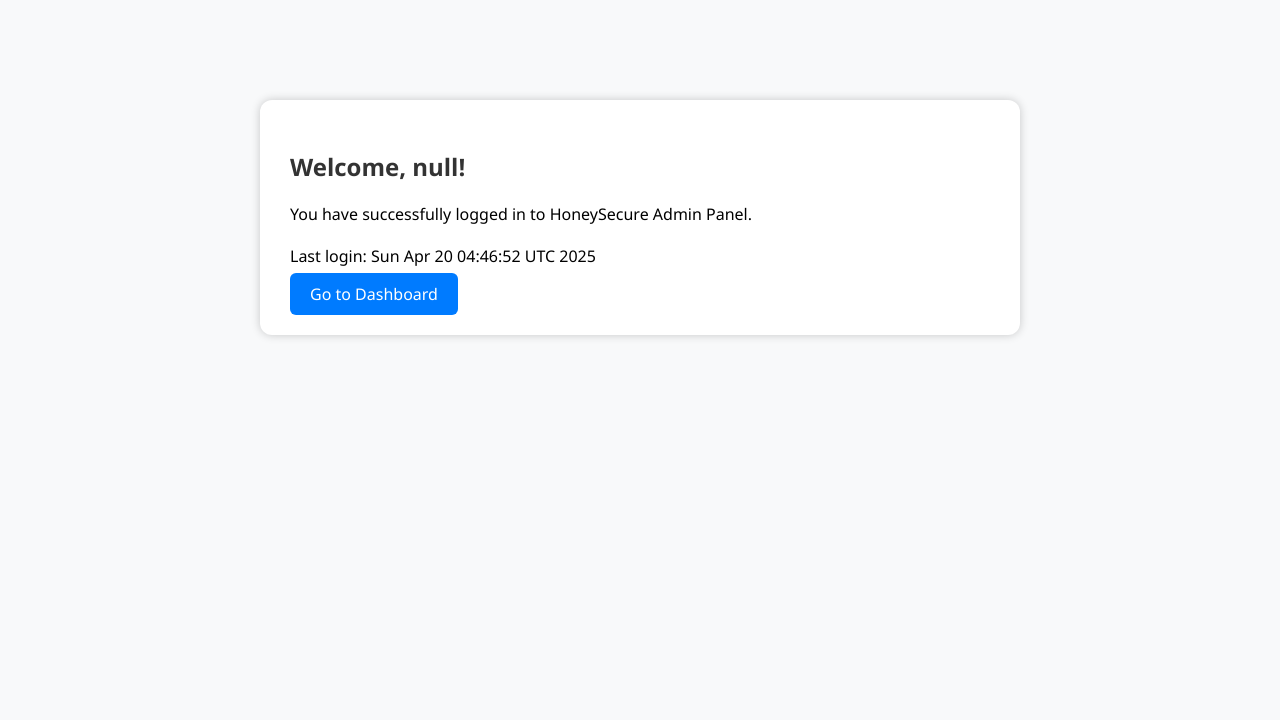
Repository: aakanksha4a/HoneySecure
Page: http://localhost/HoneySecure/welcome.jsp
The author's editor kept a copy of each file at every save. The page is drawn from the files as they stood at one save, then again after the next save.
The browser window is 1280 px wide. The pictures show the whole page.
The page is served by Tomcat 10. Other server files are loaded and not shown.

Above is the page before, as saved 2025-04-21 16:33:12.

### HoneySecure/src/main/webapp/welcome.jsp
<%@ page contentType="text/html;charset=UTF-8" %>
<%@ page import="java.util.Date" %>
<!DOCTYPE html>
<html>
<head>
    <title>Welcome | HoneySecure Dashboard</title>
    <style>
        body {
            font-family: 'Segoe UI', Tahoma, Geneva, Verdana, sans-serif;
            background-color: #f8f9fa;
        }
        .container {
            max-width: 700px;
            margin: 100px auto;
            padding: 30px;
            background: #fff;
            border-radius: 12px;
            box-shadow: 0 0 10px rgba(0,0,0,0.2);
        }
        h2 {
            color: #333;
        }
        .info {
            margin-top: 20px;
        }
        .button {
            background-color: #007bff;
            color: white;
            padding: 10px 20px;
            text-decoration: none;
            border-radius: 6px;
        }
    </style>
</head>
<body>
    <div class="container">
        <h2>Welcome, <%= session.getAttribute("username") %>!</h2>
        <p class="info">You have successfully logged in to HoneySecure Admin Panel.</p>
        <p class="info">Last login: <%= new Date() %></p>

        <a class="button" href="dashboard.jsp">Go to Dashboard</a>
    </div>
</body>
</html>

After the next save:
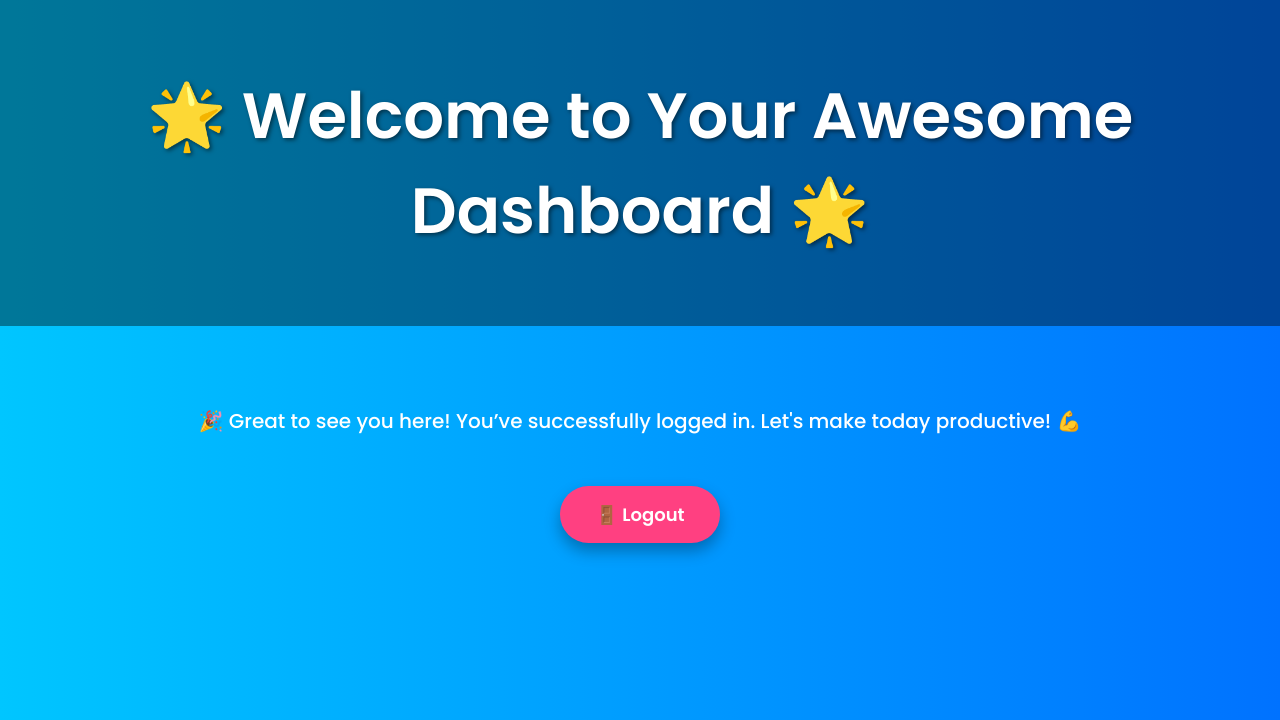
Saved 97 s later.
--- a/HoneySecure/src/main/webapp/welcome.jsp
+++ b/HoneySecure/src/main/webapp/welcome.jsp
@@ -1,44 +1,74 @@
-<%@ page contentType="text/html;charset=UTF-8" %>
-<%@ page import="java.util.Date" %>
-<!DOCTYPE html>
-<html>
+<%@ page contentType="text/html; charset=UTF-8" language="java" %>
+<html lang="en">
 <head>
-    <title>Welcome | HoneySecure Dashboard</title>
+    <meta charset="UTF-8">
+    <meta name="viewport" content="width=device-width, initial-scale=1.0">
+    <title>Welcome</title>
     <style>
+        @import url('https://fonts.googleapis.com/css2?family=Poppins:wght@500;600&display=swap');
+
         body {
-            font-family: 'Segoe UI', Tahoma, Geneva, Verdana, sans-serif;
-            background-color: #f8f9fa;
+            font-family: 'Poppins', sans-serif;
+            background: linear-gradient(to right, #00c6ff, #0072ff);
+            margin: 0;
+            padding: 0;
+            color: white;
+            animation: fadeIn 1.2s ease-in;
         }
-        .container {
-            max-width: 700px;
-            margin: 100px auto;
-            padding: 30px;
-            background: #fff;
-            border-radius: 12px;
-            box-shadow: 0 0 10px rgba(0,0,0,0.2);
+
+        .header {
+            background: rgba(0, 0, 0, 0.4);
+            padding: 25px;
+            text-align: center;
+            font-size: 32px;
+            font-weight: 600;
+            text-shadow: 2px 2px 4px rgba(0, 0, 0, 0.5);
         }
-        h2 {
-            color: #333;
+
+        .content {
+            text-align: center;
+            margin-top: 80px;
+            font-size: 20px;
+            animation: slideUp 1s ease-out;
         }
-        .info {
-            margin-top: 20px;
+
+        .btn {
+            display: inline-block;
+            margin-top: 30px;
+            padding: 15px 35px;
+            background-color: #ff4081;
+            color: white;
+            text-decoration: none;
+            border-radius: 30px;
+            font-size: 18px;
+            font-weight: bold;
+            box-shadow: 0 8px 16px rgba(0,0,0,0.3);
+            transition: all 0.3s ease;
         }
-        .button {
-            background-color: #007bff;
-            color: white;
-            padding: 10px 20px;
-            text-decoration: none;
-            border-radius: 6px;
+
+        .btn:hover {
+            background-color: #f50057;
+            transform: scale(1.05);
+        }
+
+        @keyframes fadeIn {
+            from { opacity: 0; }
+            to { opacity: 1; }
+        }
+
+        @keyframes slideUp {
+            from { transform: translateY(50px); opacity: 0; }
+            to { transform: translateY(0); opacity: 1; }
         }
     </style>
 </head>
 <body>
-    <div class="container">
-        <h2>Welcome, <%= session.getAttribute("username") %>!</h2>
-        <p class="info">You have successfully logged in to HoneySecure Admin Panel.</p>
-        <p class="info">Last login: <%= new Date() %></p>
-
-        <a class="button" href="dashboard.jsp">Go to Dashboard</a>
+    <div class="header">
+        <h1>🌟 Welcome to Your Awesome Dashboard 🌟</h1>
+    </div>
+    <div class="content">
+        <p>🎉 Great to see you here! You’ve successfully logged in. Let's make today productive! 💪</p>
+        <a href="logout.jsp" class="btn">🚪 Logout</a>
     </div>
 </body>
 </html>
